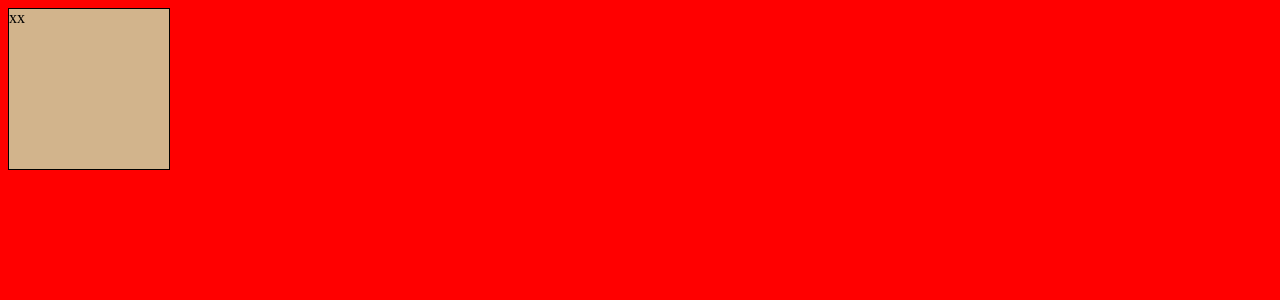
Repository: JamesSchiiller/deduce-html-javascript
Page: index.html
An editor plug-in stored every save of this project. The page is shown before and after the next save, followed by the edit.
The browser window is 1280 px wide. The pictures show the whole page.
After loading, the first visible `#mainChessBoard > div` was clicked once.

Above is the page before, as saved 2018-12-13 22:51:32.

### index.html
<html>
  <head>
    <title></title>
    <link rel='stylesheet' href='style.css'>
  </head>
  <body>
    <div id="mainChessBoard">
      <div onClick="myFunction()">xx</div>
    </div>
    <script>
        function myFunction() {
            document.body.style.backgroundColor = "red";
        }
    </script>
  </body>
</html>

### style.css
#mainChessBoard
{
    width:160px;
    height:160px;
    border:1px solid black;
}

div
{
background-color: tan;
 width:20px;
 height:20px;
 float:left;
}

After the next save:
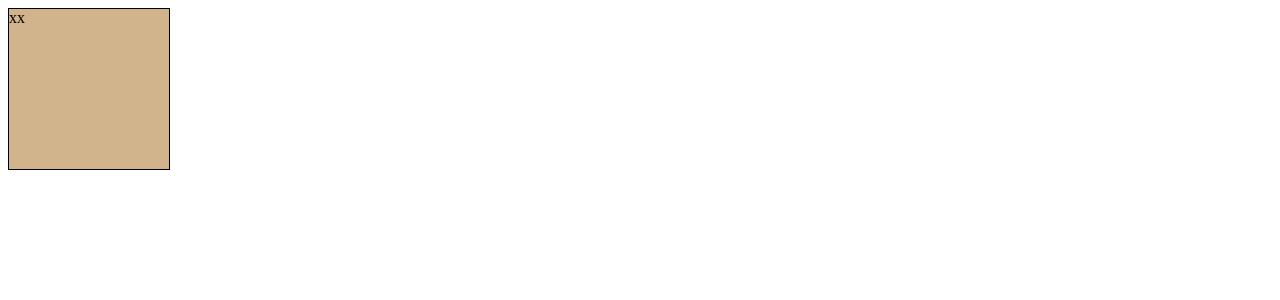
Saved 25 s later.
--- a/index.html
+++ b/index.html
@@ -9,7 +9,7 @@
     </div>
     <script>
         function myFunction() {
-            document.body.style.backgroundColor = "red";
+          alert("clicked")
         }
     </script>
   </body>
